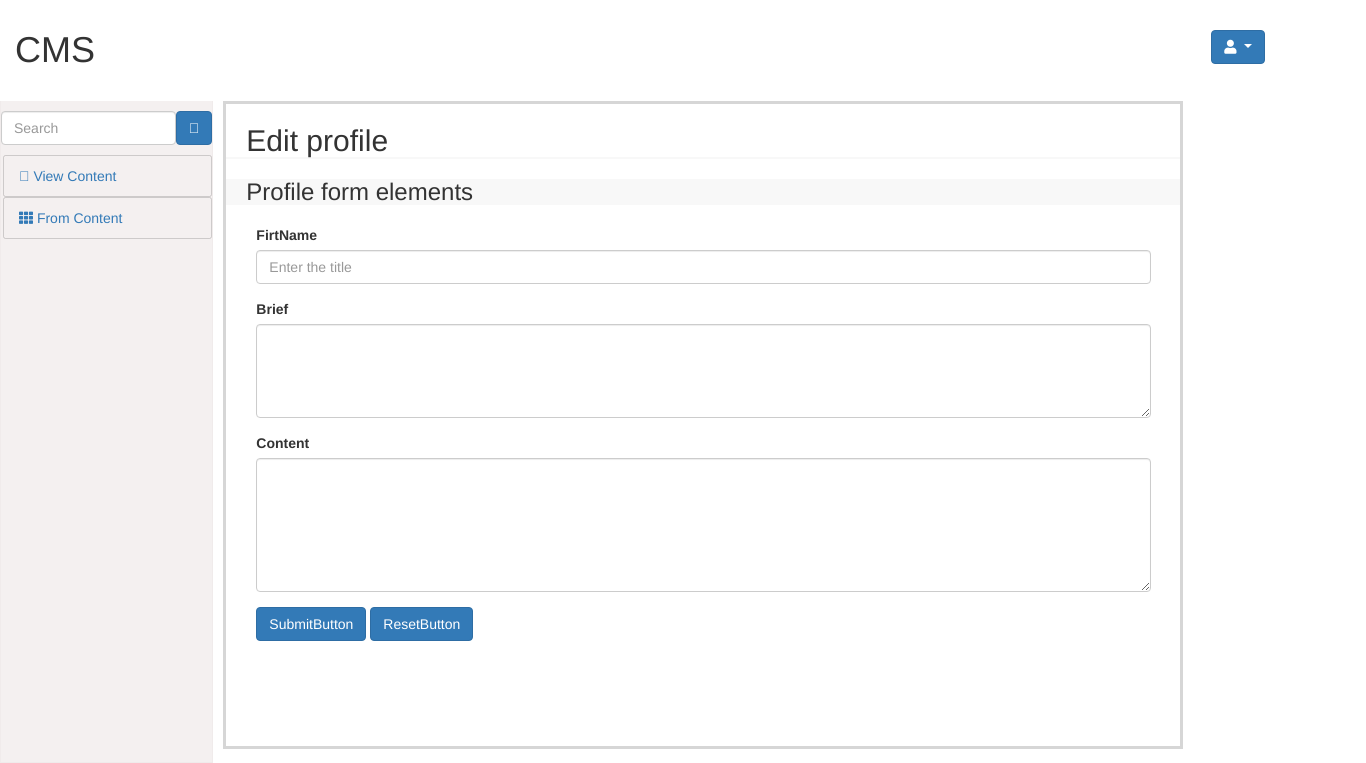
Repository: NgocNB20/travel
Page: NgocNb20_assigment8_9/edit.html
The author's editor kept a copy of each file at every save. The page is drawn from the files as they stood at one save, then again after the next save.
The browser window is 1280 px wide. The page is 1366 px wide, so the pictures cover 1366 px, including what lies to the right of the window. The pictures show the whole page.
Some web libraries are served in a nearby version.

Above is the page before, as saved 2021-10-06 00:53:08.

### NgocNb20_assigment8_9/edit.html
<!DOCTYPE html>
<html>

<head>
  <meta name="viewport" content="width=device-width, initial-scale=1.0">
  <link rel="stylesheet" href="https://maxcdn.bootstrapcdn.com/bootstrap/4.0.0/css/bootstrap.min.css"
    integrity="sha384-Gn5384xqQ1aoWXA+058RXPxPg6fy4IWvTNh0E263XmFcJlSAwiGgFAW/dAiS6JXm" crossorigin="anonymous">
  <link rel="canonical" href="https://getbootstrap.com/docs/5.1/examples/sidebars/">
  <link rel="stylesheet" href="https://maxcdn.bootstrapcdn.com/bootstrap/3.4.1/css/bootstrap.min.css">
  <link rel="stylesheet" href="https://pro.fontawesome.com/releases/v5.10.0/css/all.css"
    integrity="sha384-AYmEC3Yw5cVb3ZcuHtOA93w35dYTsvhLPVnYs9eStHfGJvOvKxVfELGroGkvsg+p" crossorigin="anonymous" />
  <link rel="stylesheet" href="./add.css">
  <script src="https://ajax.googleapis.com/ajax/libs/jquery/3.4.1/jquery.min.js"></script>
  <script src="https://maxcdn.bootstrapcdn.com/bootstrap/3.4.1/js/bootstrap.min.js"></script>
</head>

<body>
  <div class="content">
    <div class="container-fluid">
      <div class="row menu-header">
        <div class="col-6">
          <h1 class="page-header ">CMS</h1>
        </div>
        <div class="col-6">
          <div class="btn-group">
            <button class="btn btn-primary dropdown-toggle" type="button" id="dropdownMenuButton"
              data-toggle="dropdown">
              <i class="fas fa-user"></i>
            </button>
            <div class="dropdown-menu">
              <a class="dropdown-item" href="#"><i class="fas fa-sign-out-alt"></i>Logout</a>
              <a class="dropdown-item" href="#"><i class="fas fa-user"></i>User profile</a>
            </div>
          </div>
        </div>


      </div>

    </div>
    <div class="container-fluid">

      <div class="row">
        <div class="col-3"></div>
      </div>
      <div class="row">

        <div class="col-2 sidebar-left mb-auto flex-column">
          <div class="search">
            <input type="email" class="form-control search-query" placeholder="Search">
            <button type="submit" class="btn btn-primary btn-search"><i class="fad fa-search"></i></button>

          </div>
          <ul class="nav nav-pills flex-column mb-auto">
            <li class="nav-item">
            </li>
            <li>
              <a href="#" class="nav-link link-dark">
                <i class="fal fa-pen-square"></i> View Content
              </a>
            </li>
            <li>
              <a href="#" class="nav-link link-dark">
                <i class="fas fa-th"></i> From Content
              </a>
            </li>

          </ul>

        </div>
        <div class="col-9 sidebar-right">
          <h2 class="title-add">Edit profile</h2>
          <h3 class="title-form">Profile form elements</h3>
          <div class="container ">
            <div class="row form">
              <div class="col-10">
                <form>

                  <div class="form-group ">
                    <label for="exampleFormControlInput1" class="form-desc">FirtName</label>
                    <input type="text" class="form-control" id="exampleFormControlInput1"
                      placeholder="Enter the title">
                  </div>
                  <div class="form-group">
                    <label for="exampleFormControlTextarea1" class="form-desc">Brief</label>
                    <textarea class="form-control" id="exampleFormControlTextarea1" rows="4"></textarea>
                  </div>
                  <div class="form-group">
                    <label for="exampleFormControlTextarea1" class="form-desc">Content</label>
                    <textarea class="form-control" id="exampleFormControlTextarea1" rows="6"></textarea>
                  </div>
                  <div class="form-group">
                    <input class="btn btn-primary" type="submit" value="SubmitButton">
                    <input class="btn btn-primary" type="button" value="ResetButton">
                  </div>


                </form>
              </div>

            </div>

          </div>
        </div>
      </div>
    </div>
  </div>


</body>

</html>

### NgocNb20_assigment8_9/add.css
.content{
    width: 100%;
    height: 100vh;

}
.page-header h1{
    color:#a69c98;
    text-align: left;
}
.header {

    background-color:#f0eaeab4;
     height: 8vh;
     align-items: center;
    border: 1px solid #f0eaeab4;

}
.sidebar-left{
    background-color:#f0eaeab4;
    border: 1px solid #f0eaeab4;
    height:92vh;
    border-top: 0px;

}
.d-flex.flex-column.flex-shrink-0.p-3.bg-light {
    width: 100%;
}
.col-2.sidebar-left {
    padding: 0;
}
.d-flex.flex-column.flex-shrink-0.bg-light {
    height: 100%;
}


.form {

    margin: 0;

    padding: 0;

}
.title-add{
    padding-left: 2rem;
    margin-top: 2rem;
    margin-bottom: 1rem;
    border-bottom: 2px solid #f8f8f8;

}
h3.title-form {
     padding-left: 2rem;
     background-color:#f8f8f8;
    margin-bottom: 0;
}

.col-9.sidebar-right {
    margin-left: 1rem;
    padding: 0;
    border: 3px solid #3333;
    height: 90vh;
}
.btn-search{
 cursor: pointer;
 margin: 0;
}
.search {

    display: flex;
    justify-content: flex-start;
    margin-top: 1rem;

}
.search-query{
    width: 70%;
}
h3.title-form {
    margin-bottom: 2rem;
}

.form-desc{
    font-weight: bold;
}
.page-header {
    padding-bottom: 0;
    margin:0;
    border-bottom:0 solid #eee;
}
.row.menu-header {
    justify-content: space-between;
    margin-top: 3rem;
    margin-bottom: 3rem;
}
.row.menu-header {
    text-align: right;
}
h1.page-header {
    text-align: left;
}

.dropdown-menu {
    position: absolute;
    top: 100%;
    left: -62px;
    z-index: 1000;
    display: none;
    float: left;
    min-width: 120px;
    padding: 5px 0;
    margin: 2px 0 0;
    font-size: 14px;
    text-align: left;
    list-style: none;
    background-color: #fff;
    background-clip: padding-box;
    border: 1px solid #ccc;
    border: 1px solid rgba(0,0,0,.15);
    border-radius: 4px;
    -webkit-box-shadow: 0 6px 12px rgb(0 0 0 / 18%);
    box-shadow: 0 6px 12px rgb(0 0 0 / 18%);
}
a.nav-link.link-dark {
    border: 1px solid #3333;
}
ul.nav.nav-pills.flex-column.mb-auto {
    margin-top: 1rem;
}
input.form-control.search-query {
    flex: 1 0 60%;
}

After the next save:
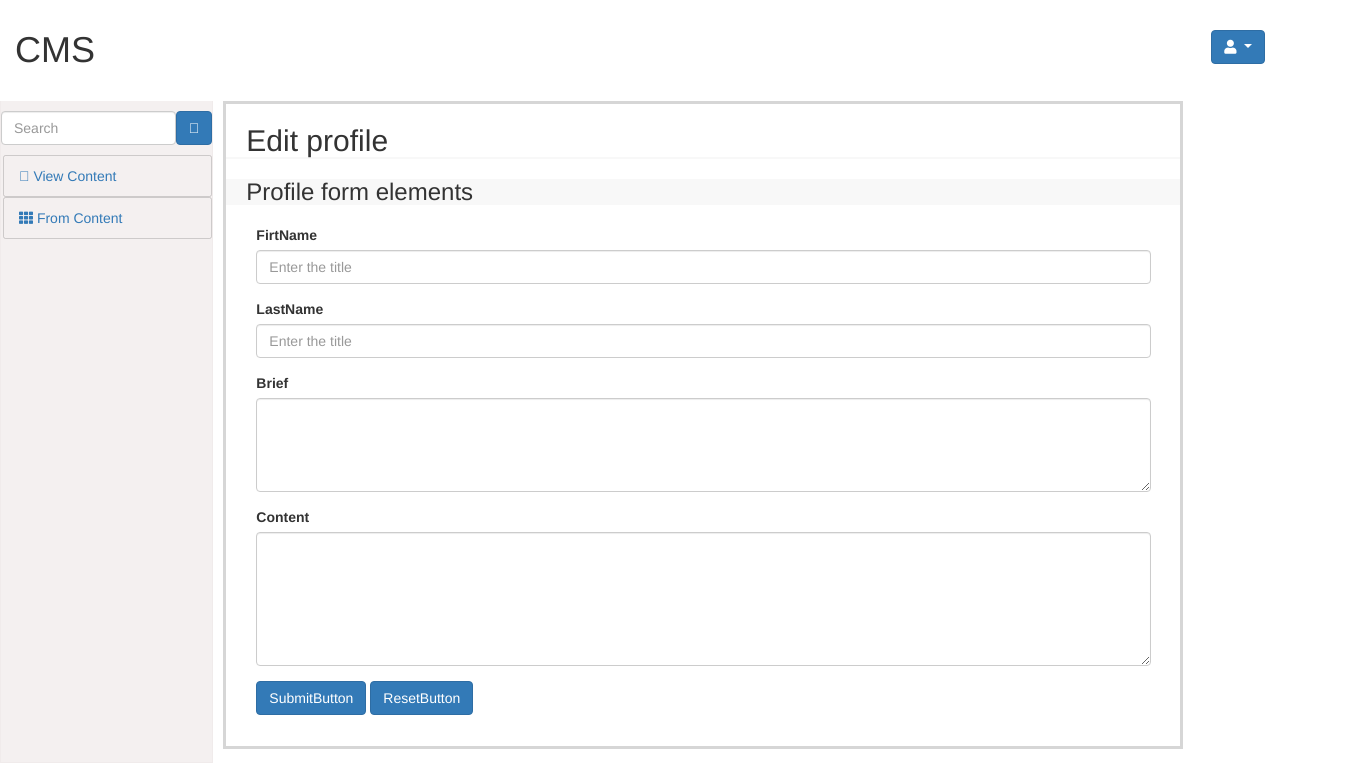
Saved 24 s later.
--- a/NgocNb20_assigment8_9/edit.html
+++ b/NgocNb20_assigment8_9/edit.html
@@ -81,6 +81,11 @@
                     <input type="text" class="form-control" id="exampleFormControlInput1"
                       placeholder="Enter the title">
                   </div>
+                  <div class="form-group ">
+                    <label for="exampleFormControlInput1" class="form-desc">LastName</label>
+                    <input type="text" class="form-control" id="exampleFormControlInput1"
+                      placeholder="Enter the title">
+                  </div>
                   <div class="form-group">
                     <label for="exampleFormControlTextarea1" class="form-desc">Brief</label>
                     <textarea class="form-control" id="exampleFormControlTextarea1" rows="4"></textarea>
